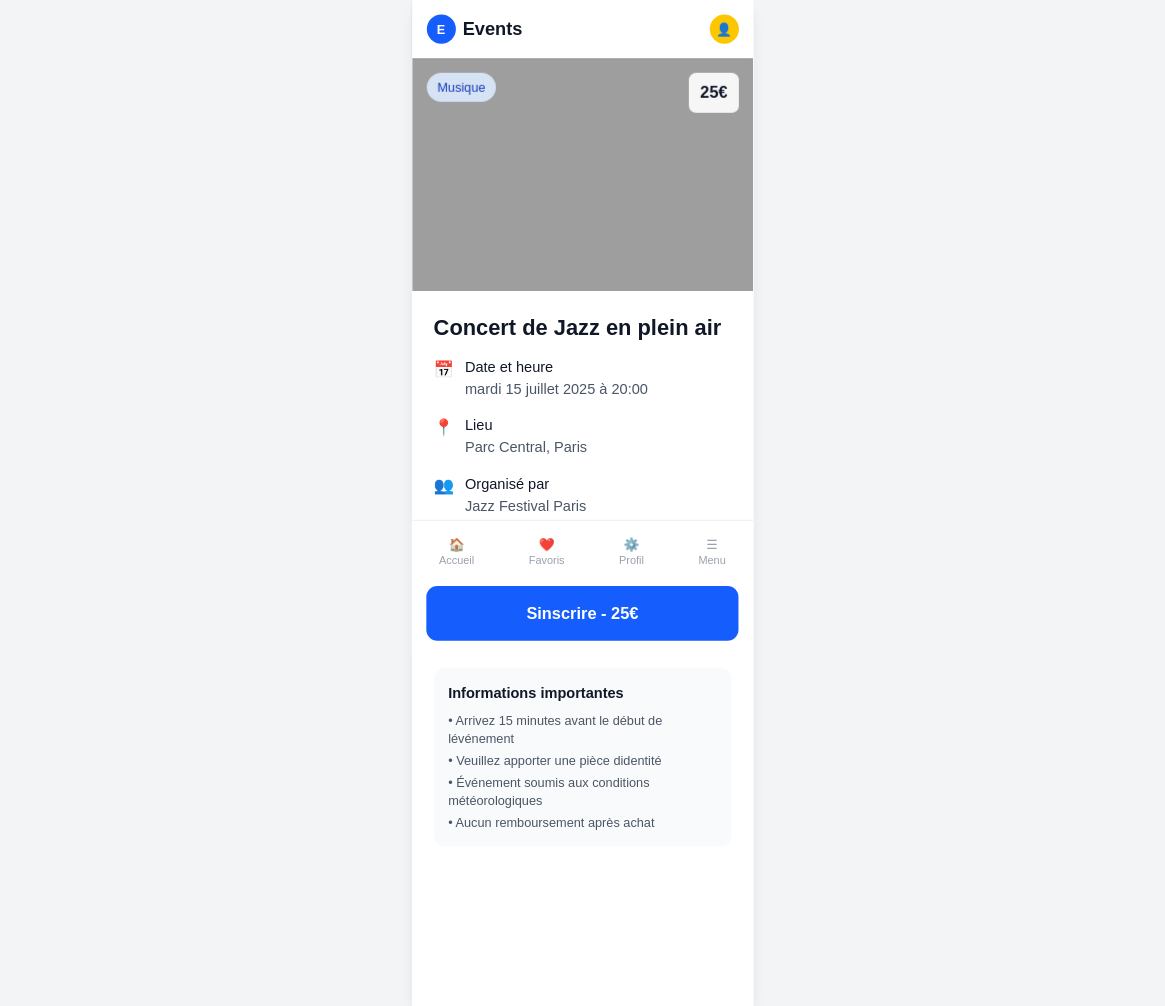
Repository: prince-dev41/pwa
Page: /events/1
An editor plug-in stored every save of this project. The page is shown before and after the next save, followed by the edit.
The browser window is 1280 px wide. The pictures show the whole page, at 91% of full size.
Pictures or frames that could not be fetched are drawn as grey boxes. The project was rebuilt for these pictures with package versions that can differ from the ones it lists, and the page was loaded fresh each time. The framework's server and built-in components were replaced by stand-ins that run in the browser. Also part of the build but not shown: next.config.mjs.

Above is the page before, as saved 2025-06-27 09:36:43.

After the next save:
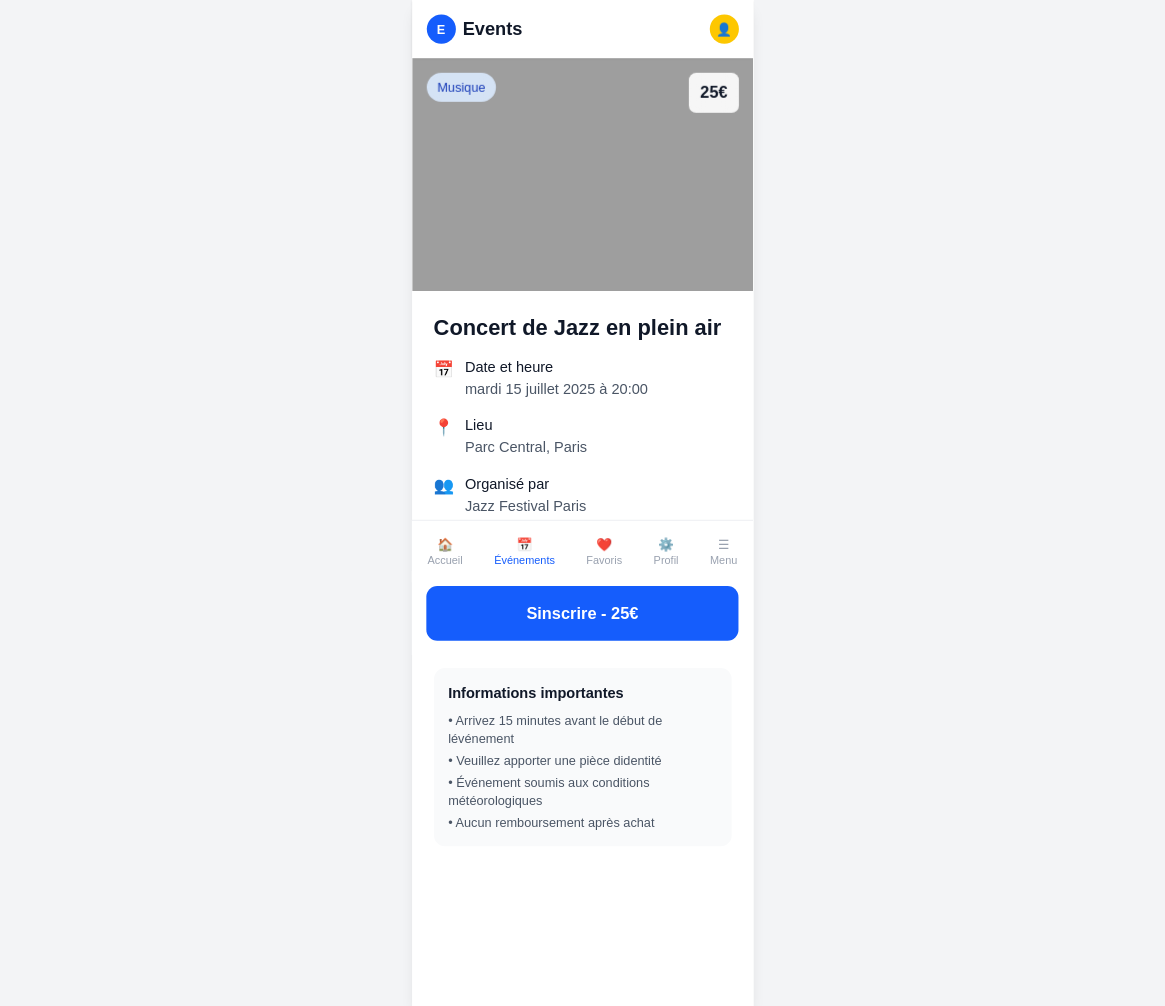
Saved 9 s later.
--- a/app/events/[id]/page.js
+++ b/app/events/[id]/page.js
@@ -193,6 +193,10 @@ export default async function EventDetailPage({params}) {
             <span className="text-gray-400 text-sm">🏠</span>
             <span className="text-xs text-gray-400">Accueil</span>
           </Link>
+          <Link href="/events" className="flex flex-col items-center py-2 px-3">
+            <span className="text-blue-600 text-sm">📅</span>
+            <span className="text-xs text-blue-600 font-medium">Événements</span>
+          </Link>
           <Link href="/favorites" className="flex flex-col items-center py-2 px-3 relative">
             <span className="text-gray-400 text-sm">❤️</span>
             <span className="text-xs text-gray-400">Favoris</span>
